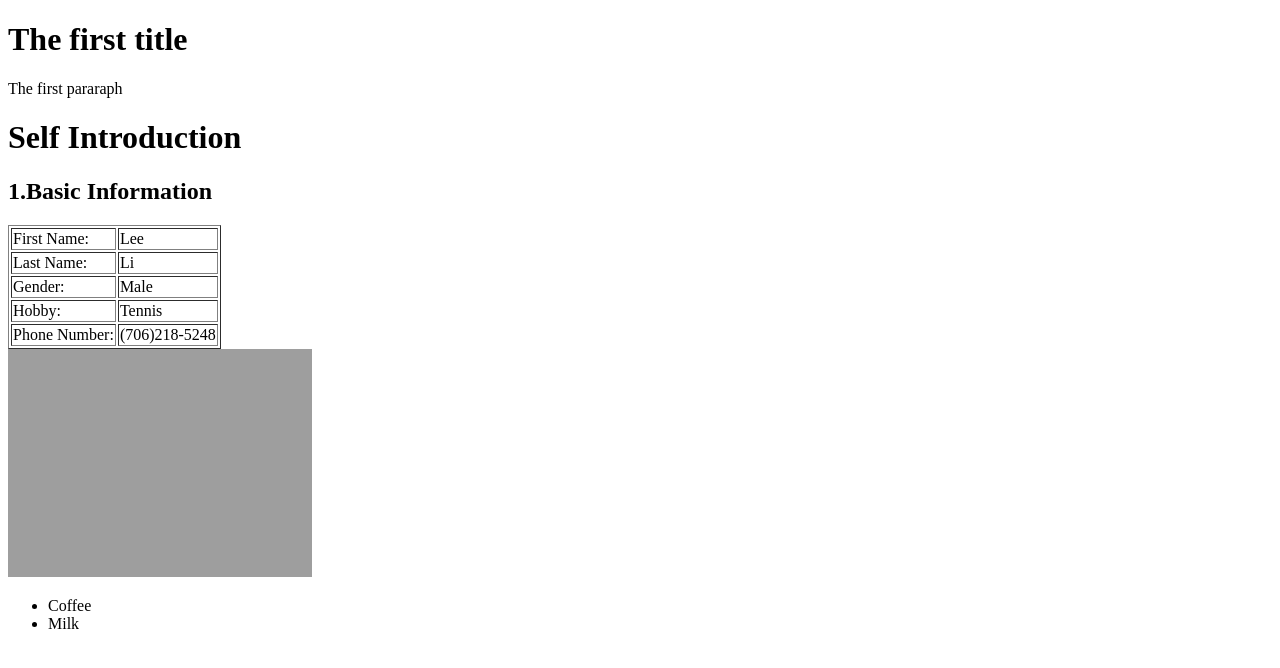
Repository: RigelLM/Java-Learning
Page: HomePage/public/Index.html
The author's editor kept a copy of each file at every save. The page is drawn from the files as they stood at one save, then again after the next save.
The browser window is 1280 px wide. The pictures show the whole page.
Pictures or frames that could not be fetched are drawn as grey boxes.

Above is the page before, as saved 2023-01-17 17:07:20.

After the next save:
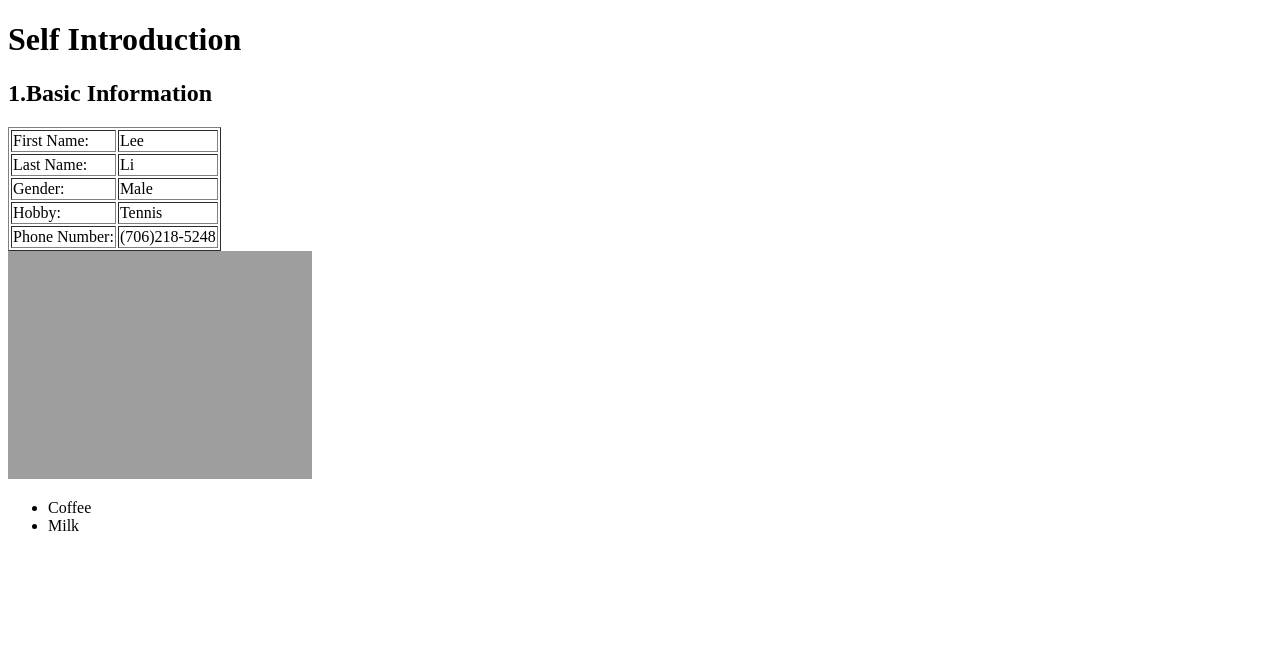
Saved 9 s later.
--- a/HomePage/public/Index.html
+++ b/HomePage/public/Index.html
@@ -9,8 +9,6 @@
 <title>Personal Information</title>
 </head>
 <body>
-<h1>The first title</h1>
-<p>The first pararaph</p>
 <h1>Self Introduction</h1>
 <h2>1.Basic Information</h2>
 <table border="1">
